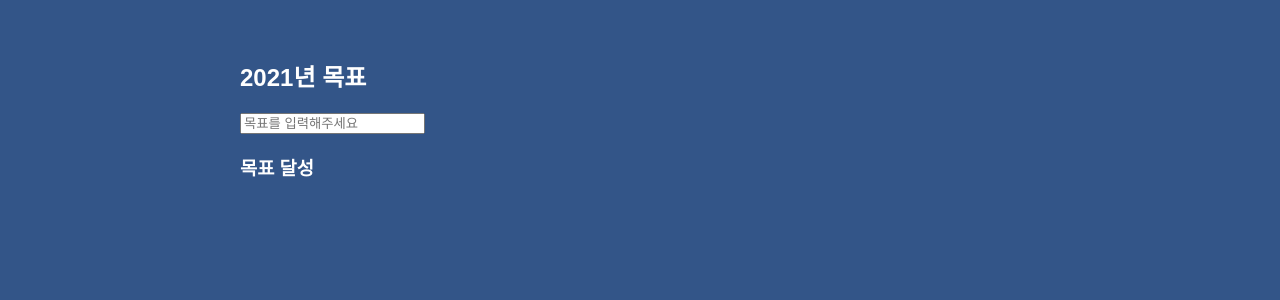
Repository: minsuk1/portfolio
Page: a.html
The author's editor kept a copy of each file at every save. The page is drawn from the files as they stood at one save, then again after the next save.
The browser window is 1280 px wide. The pictures show the whole page.
Some web libraries are served in a nearby version.

Above is the page before, as saved 2021-01-02 14:03:58.

### a.html
<html>
    <head>
        <style>
            body { background: #358; color: #fff; padding: 50px; font-family: sans-serif; }
            a { color: #fff; font-size: 40px; }

            section {
                width: 800px;
                margin: 0px auto;
            }

            .task {
                width: 400px;
            }

            .strikeout {
                text-decoration: line-through;
            }
        </style>
        <script type="text/javascript" src="http://code.jquery.com/jquery-1.11.1.min.js"></script>
    </head>
    <body>

        <section>
            <h1>2021년 목표</h1>

            <form>
                <input type="text" id="task" placeholder="목표를 입력해주세요"/>
            </form>

            <div id="tasks">
            </div>

            <div id="done">
                <h3>목표 달성</h3>

            </div>
        </section>

        <script>


            $('form').on('submit', function(e) {

                e.preventDefault();

                var newtask = $('#task').val();
                $(this).val("");
                var task_elem = $('<div>')
                    .append('<input type="checkbox">')
                    .addClass('task')
                    .append("<span><i class='fas fa-trash'></i></span>")
                    .append(newtask);
                $('#tasks').append(task_elem);


                $.ajax({
                    url: '/',
                    method: 'post',
                    dataType: 'json',
                    data: {
                        task: newtask,
                    },
                    success: function(response) {

                    },
                });

            });

            $('body').on('click', 'input[type="checkbox"]', function() {
                var task = $(this).parents('.task');

                if(task.hasClass('strikeout')) {
                    task.removeClass('strikeout');
                    task.appendTo($('#tasks'));
                } else {
                    //task.append("<button>삭제</button>")
                    task.addClass('strikeout')
                   // task.append("<button><i class='fas fa-trash'></i></button>")

                    task.appendTo($('#done'));

                }
            });

            $('div').on("click", "span", function(event) {
            event.stopPropagation();
            $(this).parent().fadeOut(500, function(){
            $(this).remove();
            });
            });

        </script>
        <script src="https://kit.fontawesome.com/0f77f25011.js"></script>
    </body>
</html>

After the next save:
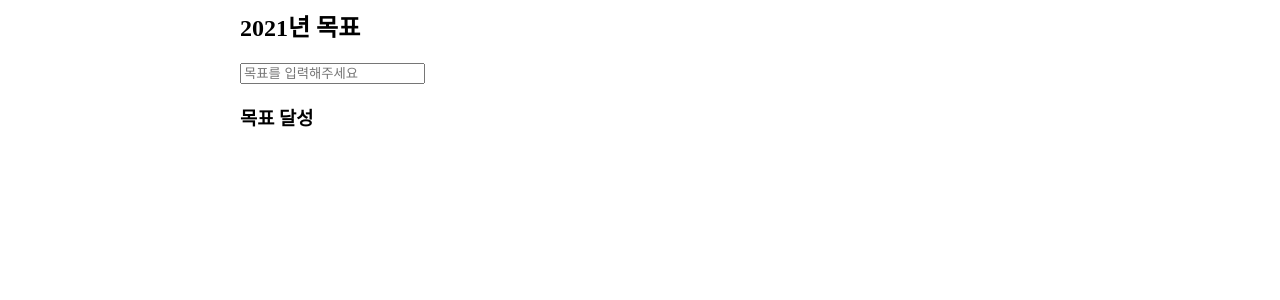
Saved 67 s later.
--- a/a.html
+++ b/a.html
@@ -1,8 +1,7 @@
 <html>
     <head>
         <style>
-            body { background: #358; color: #fff; padding: 50px; font-family: sans-serif; }
-            a { color: #fff; font-size: 40px; }
+
 
             section {
                 width: 800px;

After the save that followed:
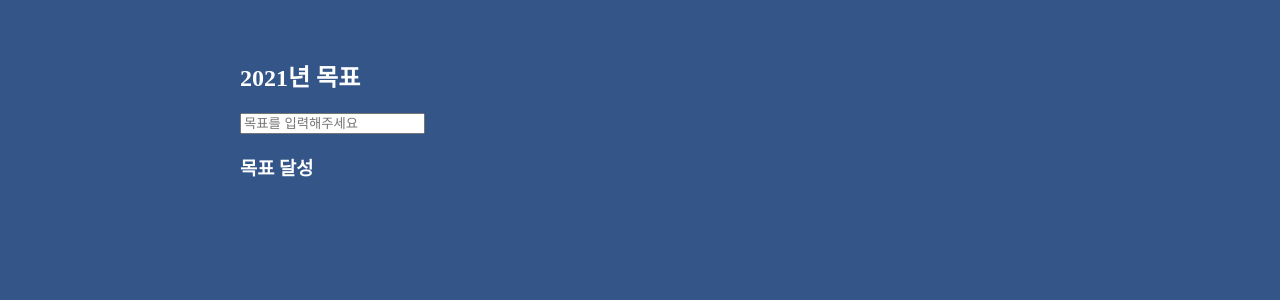
Saved 11 s later.
--- a/a.html
+++ b/a.html
@@ -1,7 +1,8 @@
 <html>
     <head>
         <style>
-
+            body { background: #358; color: #fff; padding: 50px;  }
+            a { color: #fff; font-size: 40px; }
 
             section {
                 width: 800px;
